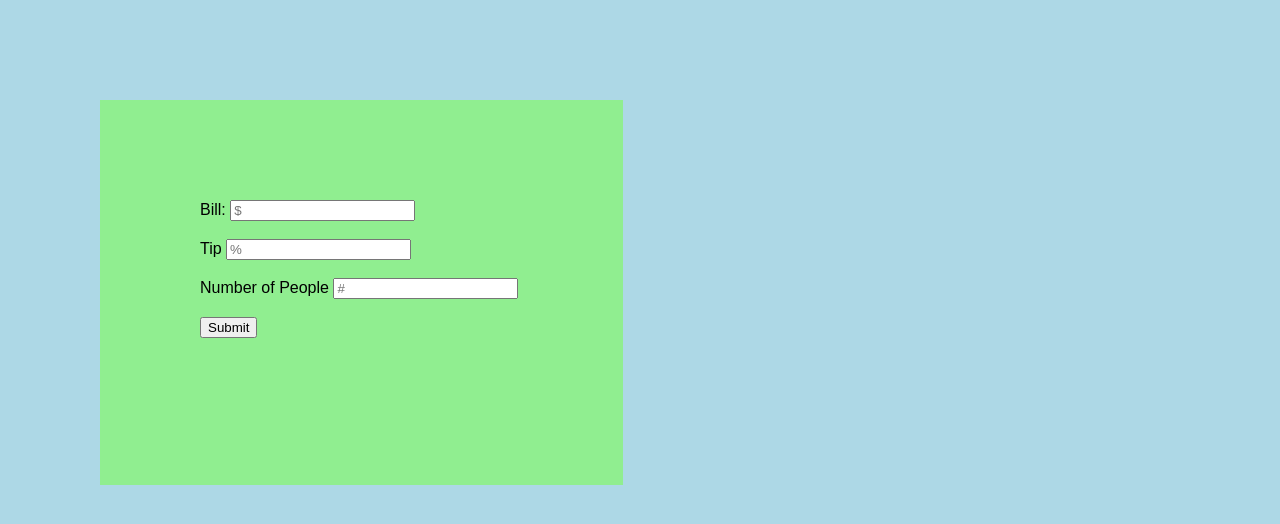
Repository: SamirIngley/Tip-Calculator
Page: tip_display.html
These files come from the project's save history. The page is drawn as it stood at one moment and after the next save; the edit follows.
The browser window is 1280 px wide. The pictures show the whole page.

Above is the page before, as saved 2020-02-13 08:14:47.

### tip_display.html
<!DOCTYPE html>
<html lang="en">
<head>
    <meta charset="UTF-8">
    <meta name="viewport" content="width=device-width, initial-scale=1.0">
    <meta http-equiv="X-UA-Compatible" content="ie=edge">
    <link href="style.css" rel="stylesheet">
    <title>Tip Calculator</title>
</head>
<body>

    <div class="main-content">
        <div>
        <form id='form' class='form'>
            <div class='bill'>
                <label>Bill:</label>
                <input id='bill' type="number" name="bill" placeholder="$">
            </div>
            <br>
            <div class='tip'>
                <label>Tip</label>
                <input id='tip' type="number" name="tip" placeholder="%">
            </div>
            <br>
            <div class='numppl'>
                <label>Number of People</label>
                <input id='numppl' type="number" name="numppl" placeholder="#">
            </div>
            <br>
            <div class='submit'>
                <input type="submit" name="submit" value="Submit">
            </div>
        </form>


        </div>

        <p id='tip-display'>
        </p>

        <p id='total-display'>
        </p>

        <p id='total-pp-display'>
        </p>

    </div>



    <script>

        const inputBill = document.getElementById('bill')
        const inputTip = document.getElementById('tip')
        const inputNumppl = document.getElementById('numppl')
        const form = document.getElementById('form')
        const displayTip = document.getElementById('tip-display')
        const displayTotal = document.getElementById('total-display')
        const displayTotalPP = document.getElementById('total-pp-display')


        function calculateTip() {

            const bill = parseInt(inputBill.value)
            const people = inputNumppl.value
            const percent = inputTip.value
            const tip = bill * percent / 100
            const total = bill + tip
            const totalPP = total / people
            console.log(bill)
            console.log(percent)
            console.log(total)
            console.log(tip)
            console.log(people)
            console.log(totalPP)

            displayTip.innerHTML = `Tip: $${tip.toFixed(2)}`
            displayTotal.innerHTML = `Total: $${total.toFixed(2)}`
            displayTotalPP.innerHTML = `Per Person: $${totalPP.toFixed(2)}`
        }



        form.addEventListener("submit", function(e) {
            e.preventDefault()
            calculateTip()
        })

        // inputBill.addEventListnener('change', function(e) {
        //     console.log(inputBill.value)
        //     const newBillAMount = parseFloat(e.target.value)

        // })

    </script>



</body>
</html>

### style.css
body {
    background-color: lightblue;
    margin: 100px;
    display: flex;
}

div.main-content {
    background-color: lightgreen;
    display: grid;
    grid-gap: 5px;
    grid-template-columns: (2, 1fr);
    grid-template-rows: (4, 1fr);
    grid-template-areas: "b b"
                         "t t"
                         "n n"
                         "s s"

}


.main-content>div {
    display: flex;
    font-family: Arial, Helvetica, sans-serif;
    margin: 100px;
}


.bill {
    grid-area: b;
}

.tip {
    grid-area: t;
}

.numppl {
    grid-area: n;
}

.submit {
    grid-area: s;
}

After the next save:
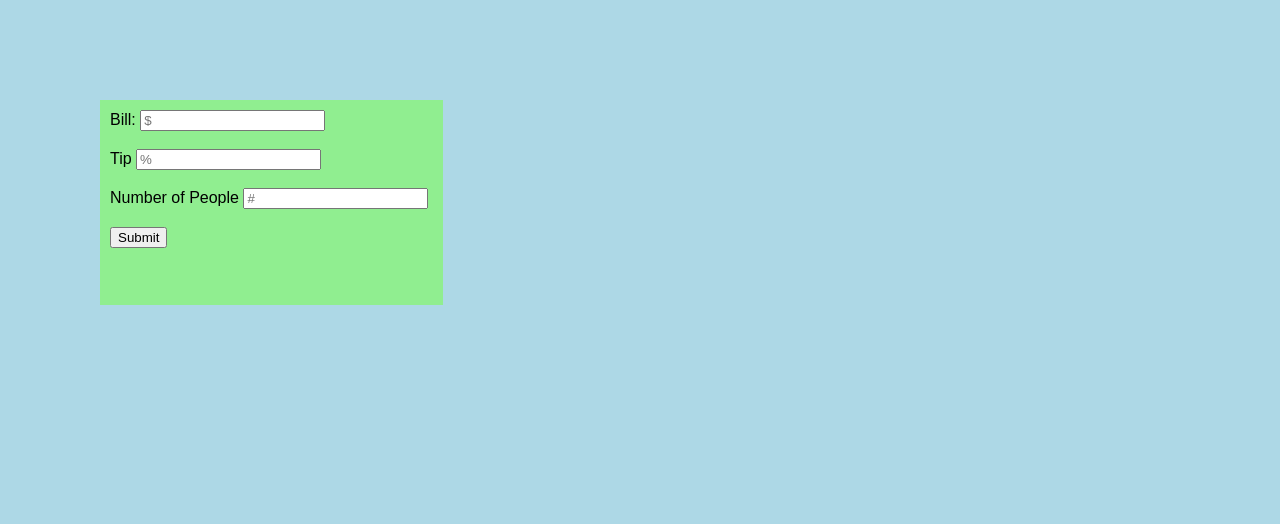
Saved 107 s later.
--- a/style.css
+++ b/style.css
@@ -21,7 +21,7 @@ div.main-content {
 .main-content>div {
     display: flex;
     font-family: Arial, Helvetica, sans-serif;
-    margin: 100px;
+    margin: 10px;
 }
 
 
